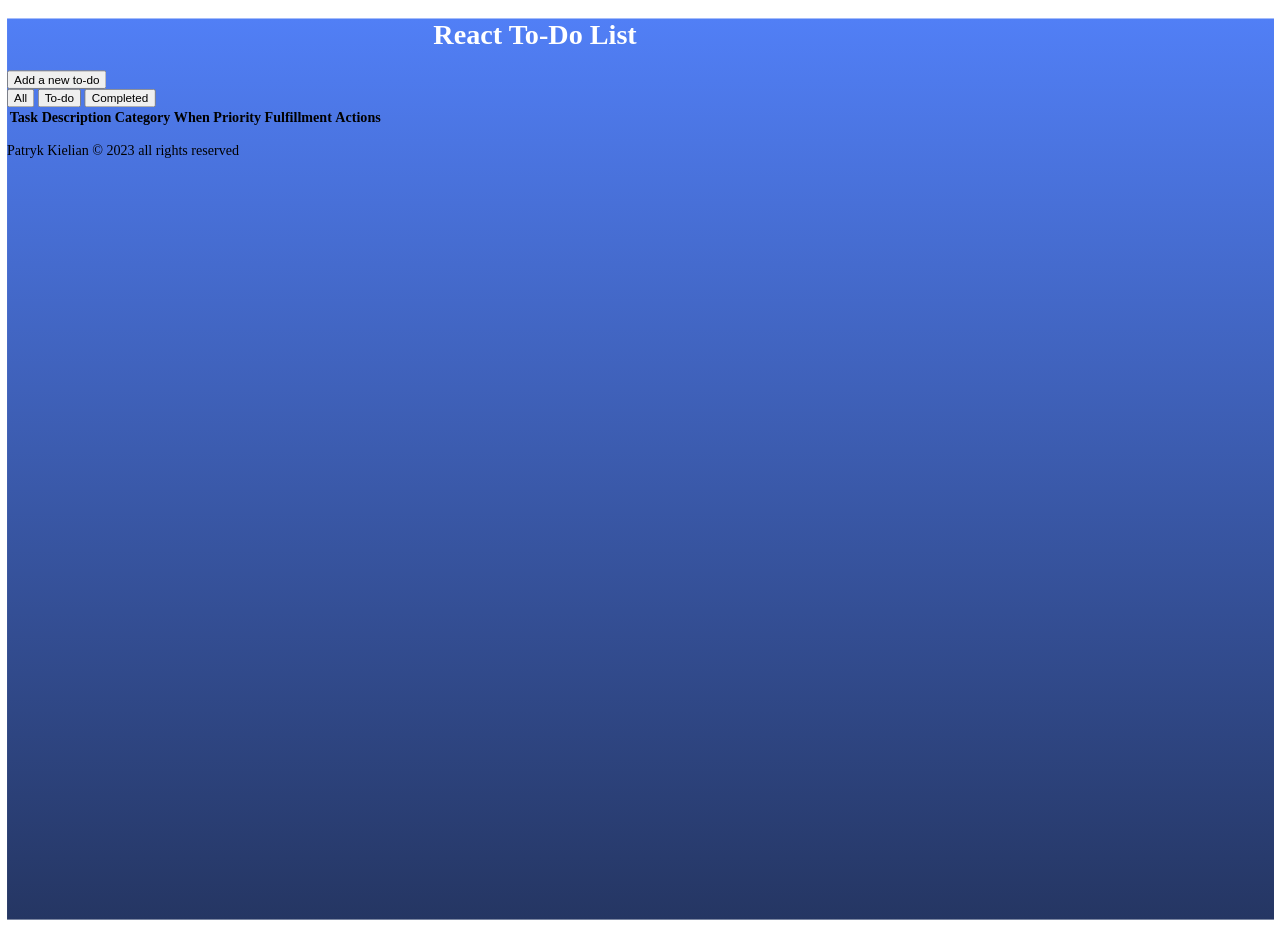
Repository: mirajane2/maquette-todo
Page: index.html
An editor plug-in stored every save of this project. The page is shown before and after the next save, followed by the edit.
The browser window is 1280 px wide. The page is 1448 px wide, so the pictures cover 1448 px, including what lies to the right of the window. The pictures show the whole page, at 88% of full size.

Above is the page before, as saved 2024-11-12 15:35:03.

### index.html
<!DOCTYPE html>
<html lang="fr">
<head>
    <meta charset="UTF-8">
    <meta name="viewport" content="width=device-width, initial-scale=1.0">
    <link rel="stylesheet" href="index.css">
    <title>Maquette Figma</title>
</head>
<body>
    <div class="container">
        <div class="content">
            <h1 class="titre">React To-Do List</h1>
            <div>
                <button class="taches"> Add a new to-do</button>
                <div class="choix_selection">
                    <button class="show">All</button>
                    <button class="options">To-do</button>
                    <button class="options">Completed</button>
                </div>
            </div>

            <div class="table">
                <table>
                    <thead>
                        <tr>
                            <th>Task</th>
                            <th>Description</th>
                            <th>Category</th>
                            <th>When</th>
                            <th>Priority</th>
                            <th>Fulfillment</th>
                            <th>Actions</th>
                        </tr>
                    </thead>
                    <tbody class="valeur">
                        <script src="script.js"></script>
                    </tbody>
                </table>
            </div>

            <footer>
                <p>Patryk Kielian © 2023 all rights reserved</p>
            </footer>
        </div>
    </div>
</body>
</html>

### index.css
.container{
    background: linear-gradient(180deg, #517FF6, #253663);
    opacity: 100%;
    width : 1440px;
    height: 1024px;
}

.content{
    background-color: pass throught;
    opacity: 100%;
    fill: #FFFFFF;
    width: 1200px;
    height: 770px;
}

.titre{
    color:#FFFFFF;
    font-weight: bold;
    opacity: 100%;
    text-align: center;
    font-family: Jost;
    line-height: Auto;
    letter-spacing: 0%;
}

Loaded but not shown: script.js (no stored copy; drawn as an empty file)

After the next save:
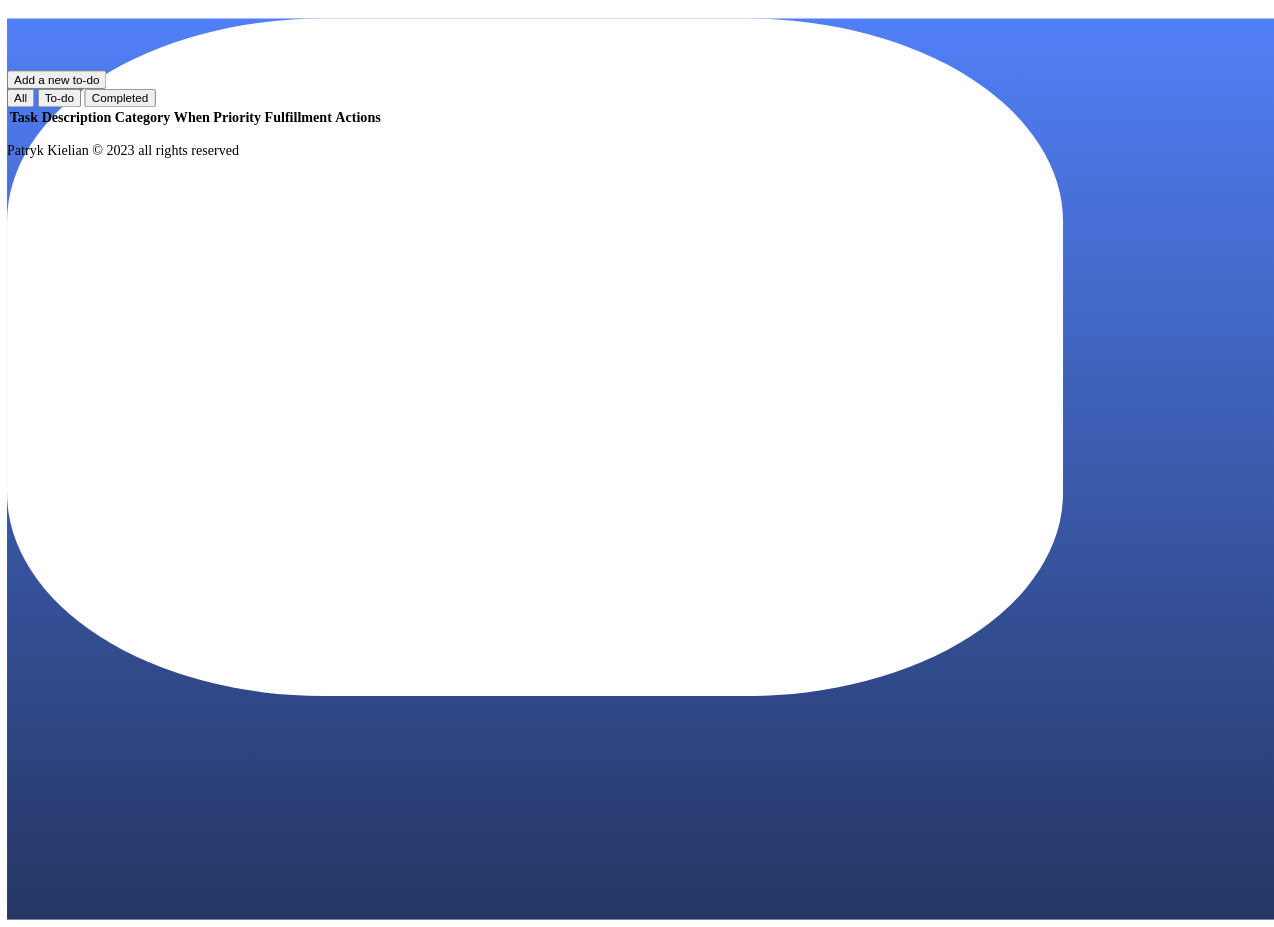
Saved 6 min 1 s later.
--- a/index.css
+++ b/index.css
@@ -6,7 +6,8 @@
 }
 
 .content{
-    background-color: pass throught;
+    background-color:#FFFFFF;
+    border-radius: 30%;
     opacity: 100%;
     fill: #FFFFFF;
     width: 1200px;
